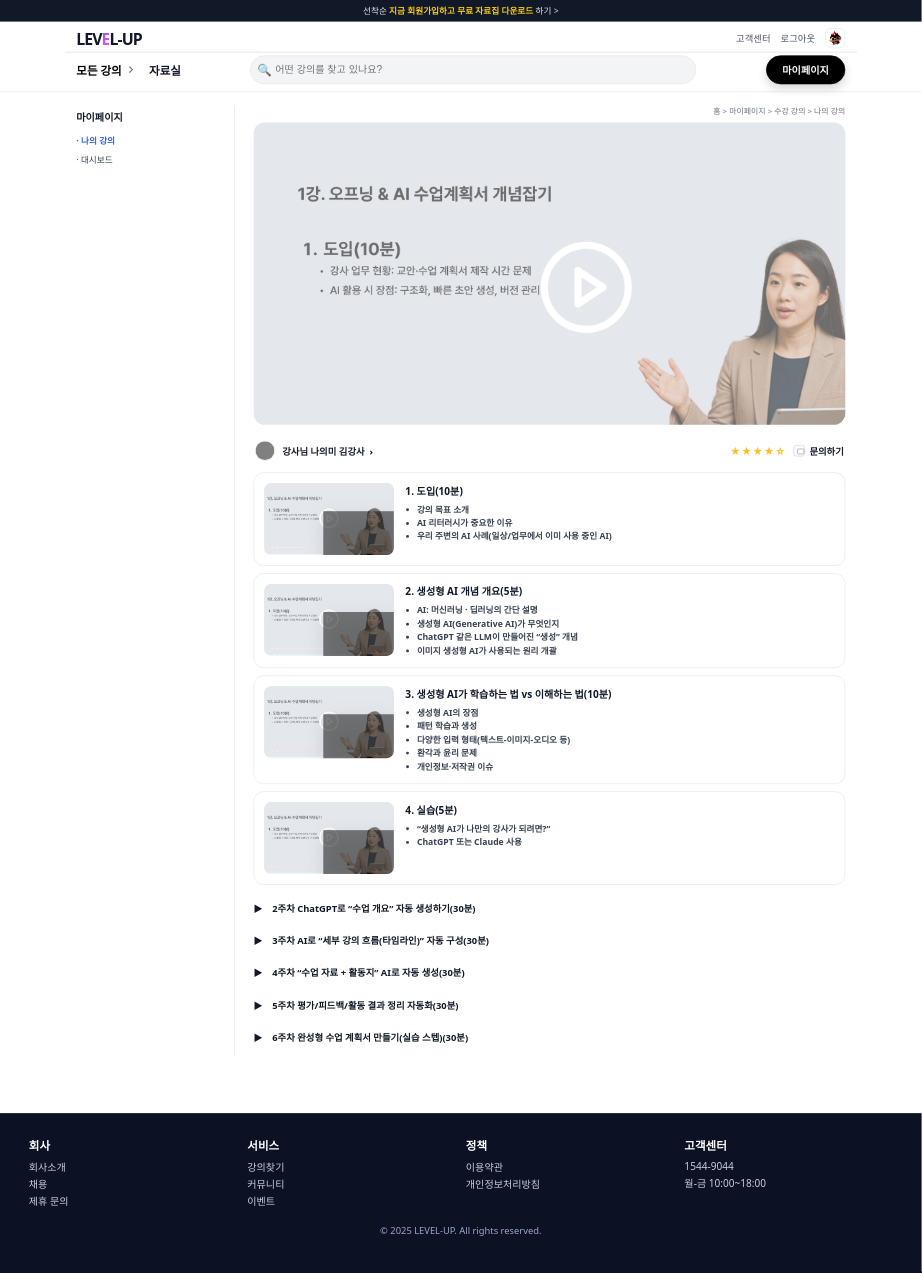
Repository: Iimchaehoon/level_up
Page: my_lecture.html
These files come from the project's save history. The page is drawn as it stood at one moment and after the next save; the edit follows.
The browser window is 1280 px wide. The pictures show the whole page, at 72% of full size.

Above is the page before, as saved 2025-12-14 01:31:14.

After the next save:
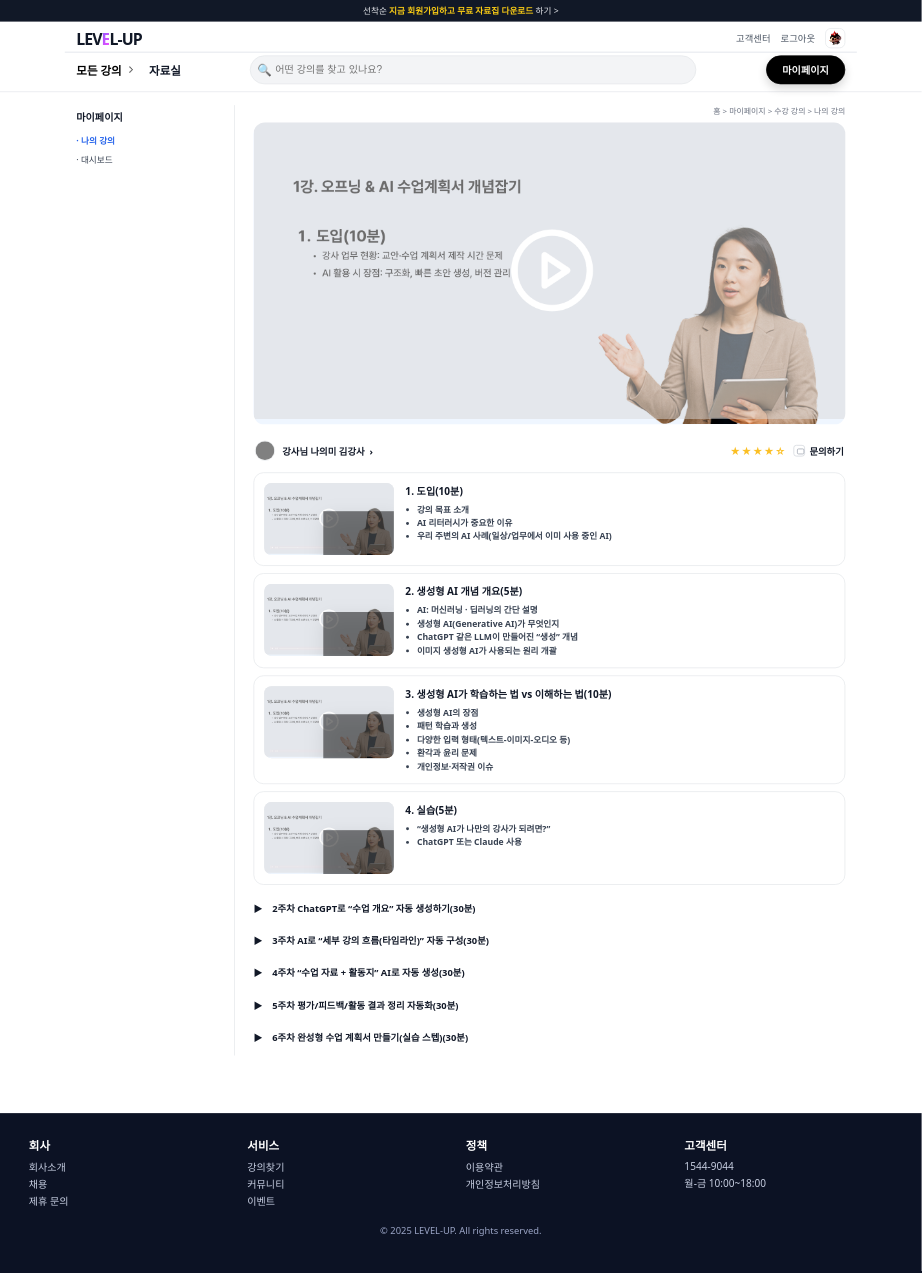
Saved 16 s later.
--- a/my_lecture.html
+++ b/my_lecture.html
@@ -167,7 +167,7 @@
     .hero-card{
       height: 420px;
       background:url(./my_lec/Group_427322280.png);
-      background-size:co;
+      background-size:cover;
       border-radius:16px;
       padding:22px 22px;
       display:flex;
